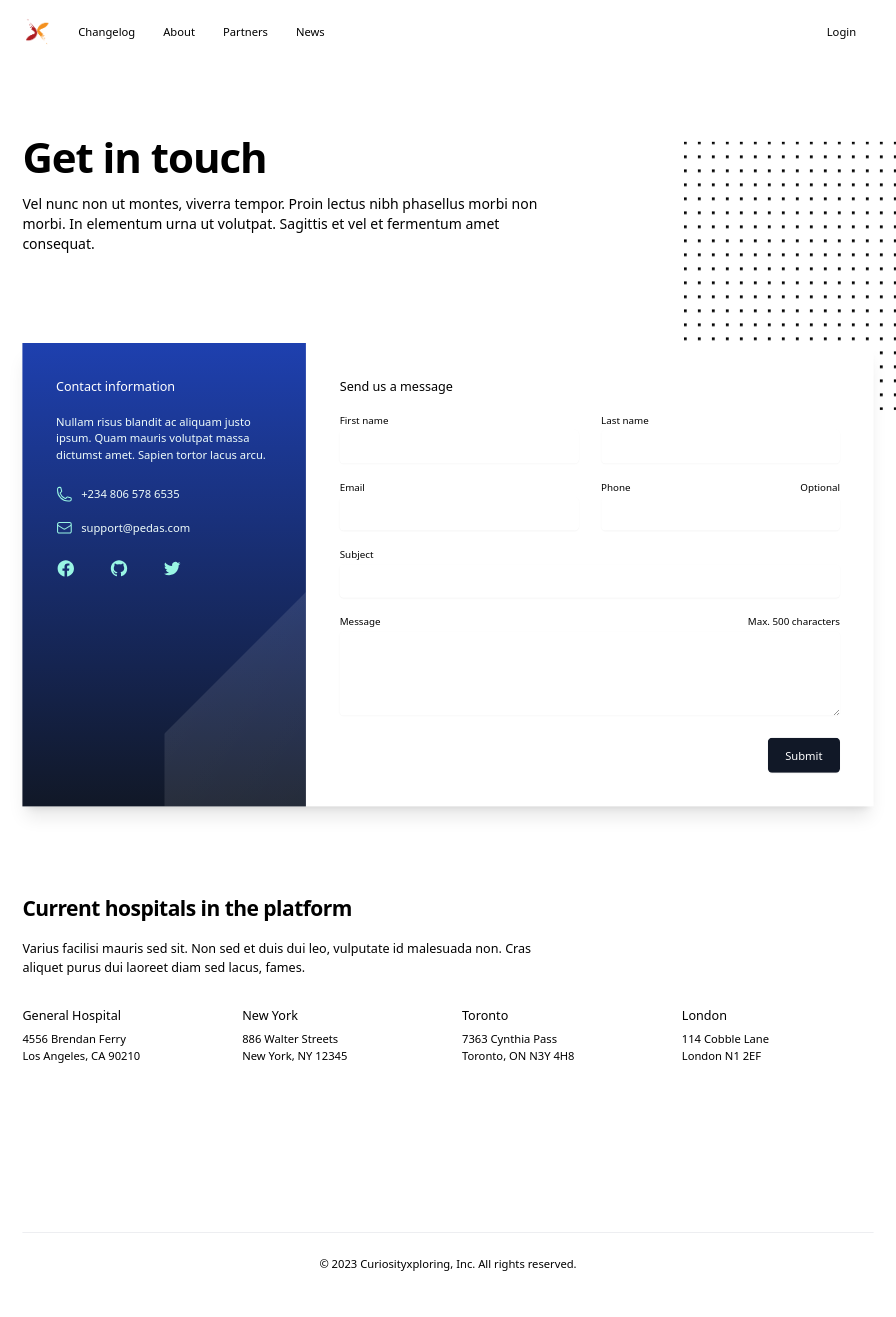
Repository: VinceBrun/medical-web3-app
Page: /contactus
An editor plug-in stored every save of this project. The page is shown before and after the next save, followed by the edit.
The browser window is 1280 px wide. The pictures show the whole page, at 70% of full size.
The project was rebuilt for these pictures with package versions that can differ from the ones it lists, and the page was loaded fresh each time. The framework's server and built-in components were replaced by stand-ins that run in the browser. Also part of the build but not shown: next.config.js.

Above is the page before, as saved 2023-01-16 19:08:21.

After the next save:
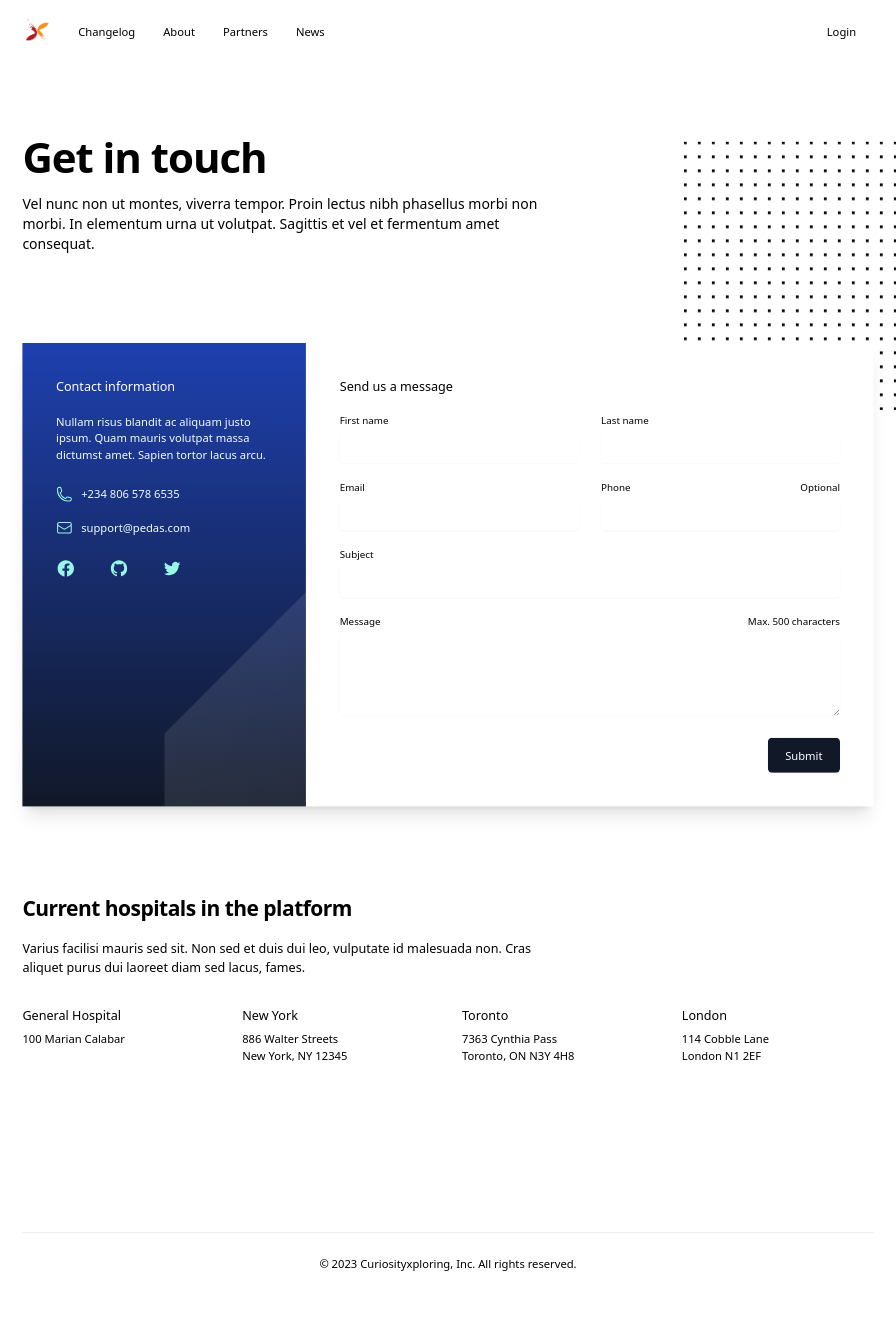
Saved 11 s later.
--- a/pages/contactus.js
+++ b/pages/contactus.js
@@ -18,7 +18,7 @@
   {
     id: 1,
     city: "General Hospital",
-    address: ["4556 Brendan Ferry", "Los Angeles, CA 90210"],
+    address: ["100 Marian Calabar"],
   },
   {
     id: 2,
